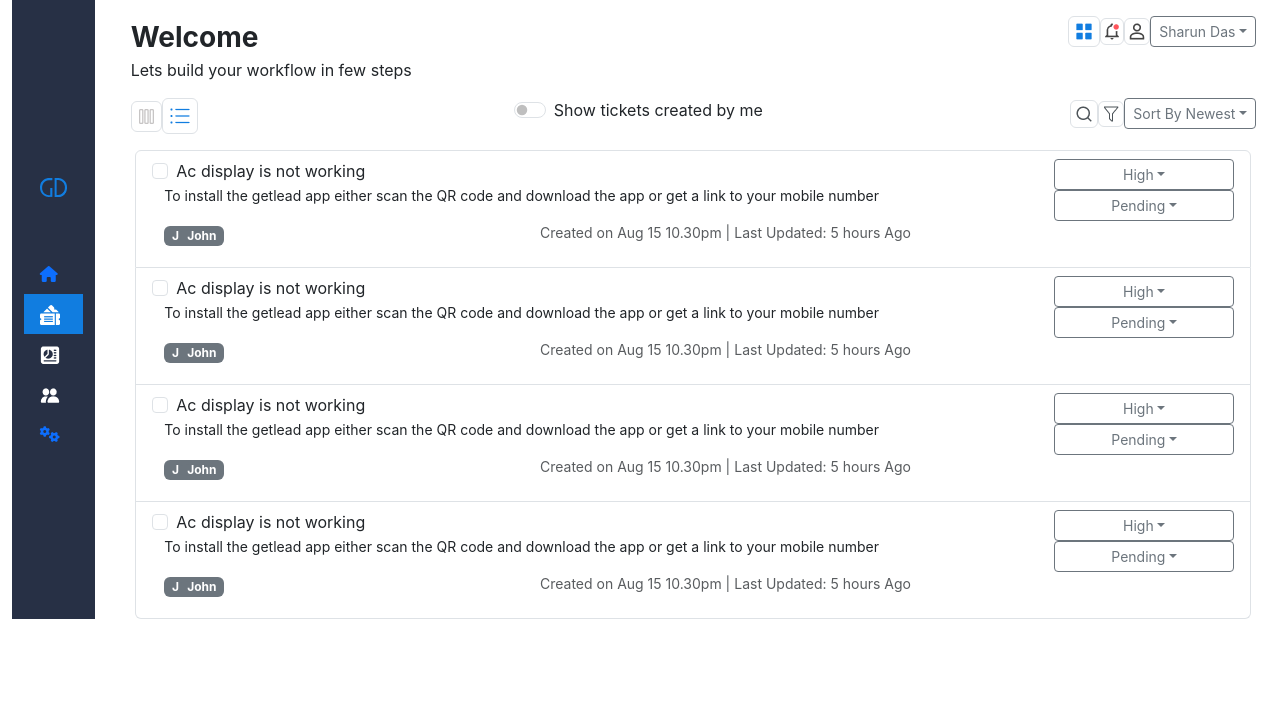
Repository: rishikarajeev/GL_HelpDesk
Page: /showtickets
The author's editor kept a copy of each file at every save. The page is drawn from the files as they stood at one save, then again after a run of saves.
The browser window is 1280 px wide. The pictures show the whole page.
The project was rebuilt for these pictures with package versions that can differ from the ones it lists, and the page was loaded fresh each time. Also part of the build but not shown: src/App.css, src/Pages/HomePage.jsx.

Above is the page before, as saved 2024-01-09 14:26:32.

### public/index.html
<!DOCTYPE html>
<html lang="en">
  <head>
    <meta charset="utf-8" />
    <link rel="icon" href="%PUBLIC_URL%/favicon.ico" />
    <meta name="viewport" content="width=device-width, initial-scale=1" />
    <meta name="theme-color" content="#000000" />
    <meta
      name="description"
      content="Web site created using create-react-app"
    />
    <link rel="apple-touch-icon" href="%PUBLIC_URL%/logo192.png" />
    <link href="https://cdn.jsdelivr.net/npm/bootstrap@5.3.2/dist/css/bootstrap.min.css" rel="stylesheet" integrity="sha384-T3c6CoIi6uLrA9TneNEoa7RxnatzjcDSCmG1MXxSR1GAsXEV/Dwwykc2MPK8M2HN" crossorigin="anonymous">
   <script src="https://cdn.jsdelivr.net/npm/bootstrap@5.3.2/dist/js/bootstrap.bundle.min.js" integrity="sha384-C6RzsynM9kWDrMNeT87bh95OGNyZPhcTNXj1NW7RuBCsyN/o0jlpcV8Qyq46cDfL" crossorigin="anonymous"></script>

   <!--
      manifest.json provides metadata used when your web app is installed on a
      user's mobile device or desktop. See https://developers.google.com/web/fundamentals/web-app-manifest/
    -->
    <link rel="manifest" href="%PUBLIC_URL%/manifest.json" />
    <!--
      Notice the use of %PUBLIC_URL% in the tags above.
      It will be replaced with the URL of the `public` folder during the build.
      Only files inside the `public` folder can be referenced from the HTML.

      Unlike "/favicon.ico" or "favicon.ico", "%PUBLIC_URL%/favicon.ico" will
      work correctly both with client-side routing and a non-root public URL.
      Learn how to configure a non-root public URL by running `npm run build`.
    -->
    <title>React App</title>
  </head>
  <body>
    <noscript>You need to enable JavaScript to run this app.</noscript>
    <div id="root"></div>
    <!--
      This HTML file is a template.
      If you open it directly in the browser, you will see an empty page.

      You can add webfonts, meta tags, or analytics to this file.
      The build step will place the bundled scripts into the <body> tag.

      To begin the development, run `npm start` or `yarn start`.
      To create a production bundle, use `npm run build` or `yarn build`.
    -->
  </body>
</html>

### src/index.js
import React from "react";
import ReactDOM from "react-dom/client";
import "./index.css";
import App from "./App";
import reportWebVitals from "./reportWebVitals";


const root = ReactDOM.createRoot(document.getElementById("root"));
root.render(<App />);

// If you want to start measuring performance in your app, pass a function
// to log results (for example: reportWebVitals(console.log))
// or send to an analytics endpoint. Learn more: https://bit.ly/CRA-vitals
reportWebVitals();

### src/App.js
import logo from "./logo.svg";
import "./App.css";

import { BrowserRouter,Route,Routes } from "react-router-dom";
import ViewTickets from "./Pages/ViewTickets";
import HomePage from "./Pages/HomePage";
import SideBar from "./Components/SideBar";
import { Container, Row, Col } from "react-bootstrap";
import Header from "./Components/Header";


function App() {
  return (
    <BrowserRouter>
<Container fluid>
     <Row>
          <Col xl={1} >
            <SideBar />
            </Col>
            <Col xl={11}>
            <Header/>
            <Routes>
              <Route path="/" element={<HomePage />}></Route>
              <Route path="/showtickets" element={<ViewTickets />}></Route>
            </Routes>
            </Col>



         </Row>
       </Container>


    </BrowserRouter>
  );
}

export default App;

### src/Pages/ViewTickets.jsx
import React from "react";

import "../Assets/Css/Styles.css";
import UserBadge from "../Components/UserBadge";
import Header from "../Components/Header";

function ViewTickets() {
  const userName = "John";

  return (

    <div className="container bg-white">

    <ol className="list-group">
      <li className="list-group-item d-flex justify-content-between align-items-start">
        <div className="container">
          <div className="row">
            <div className="col-10">
              <div className="row">
                <div className="form-check">
                  <input
                    className="form-check-input"
                    type="checkbox"
                    value=""
                    id="flexCheckDefault"
                  />
                  <label className="form-check-label" htmlFor="flexCheckDefault">
                    Ac display is not working
                  </label>
                </div>
              </div>
              <div className="row">
                <p className="small text-wrap">
                  To install the getlead app either scan the QR code and
                  download the app or get a link to your mobile number
                </p>
              </div>
              <div className="row">
                <div className="col-5">
                  <UserBadge name={userName} />
                </div>
                <div className="col-7 float-right">
                  <p className="text-muted small">
                    Created on Aug 15 10.30pm | Last Updated: 5 hours Ago
                  </p>
                </div>
              </div>
            </div>
            <div className="col-2">
              <div className="row">
                <button
                  className="btn btn-outline-secondary btn-sm dropdown-toggle"
                  type="button"
                  data-bs-toggle="dropdown"
                  aria-expanded="false"
                >
                  High
                </button>

                <button
                  className="btn btn-outline-secondary btn-sm dropdown-toggle"
                  type="button"
                  data-bs-toggle="dropdown"
                  aria-expanded="false"
                >
                  Pending
                </button>
              </div>
            </div>
          </div>
        </div>
      </li>
      <li className="list-group-item d-flex justify-content-between align-items-start">
        <div className="container">
          <div className="row">
            <div className="col-10">
              <div className="row">
                <div className="form-check">
                  <input
                    className="form-check-input"
                    type="checkbox"
                    value=""
                    id="flexCheckDefault"
                  />
                  <label className="form-check-label" htmlFor="flexCheckDefault">
                    Ac display is not working
                  </label>
                </div>
              </div>
              <div className="row">
                <p className="small text-wrap">
                  To install the getlead app either scan the QR code and
                  download the app or get a link to your mobile number
                </p>
              </div>
              <div className="row">
                <div className="col-5">
                  <UserBadge name={userName} />
                </div>
                <div className="col-7 float-right">
                  <p className="text-muted small">
                    Created on Aug 15 10.30pm | Last Updated: 5 hours Ago
                  </p>
                </div>
              </div>
            </div>
            <div className="col-2">
              <div className="row">
                <button
                  className="btn btn-outline-secondary btn-sm dropdown-toggle"
                  type="button"
                  data-bs-toggle="dropdown"
                  aria-expanded="false"
                >
                  High
                </button>

                <button
                  className="btn btn-outline-secondary btn-sm dropdown-toggle"
                  type="button"
                  data-bs-toggle="dropdown"
                  aria-expanded="false"
                >
                  Pending
                </button>
              </div>
            </div>
          </div>
        </div>
      </li>
      <li className="list-group-item d-flex justify-content-between align-items-start">
        <div className="container">
          <div className="row">
            <div className="col-10">
              <div className="row">
                <div className="form-check">
                  <input
                    className="form-check-input"
                    type="checkbox"
                    value=""
                    id="flexCheckDefault"
                  />
                  <label className="form-check-label" htmlFor="flexCheckDefault">
                    Ac display is not working
                  </label>
                </div>
              </div>
              <div className="row">
                <p className="small text-wrap">
                  To install the getlead app either scan the QR code and
                  download the app or get a link to your mobile number
                </p>
              </div>
              <div className="row">
                <div className="col-5">
                  <UserBadge name={userName} />
                </div>
                <div className="col-7 float-right">
                  <p className="text-muted small">
                    Created on Aug 15 10.30pm | Last Updated: 5 hours Ago
                  </p>
                </div>
              </div>
            </div>
            <div className="col-2">
              <div className="row">
                <button
                  className="btn btn-outline-secondary btn-sm dropdown-toggle"
                  type="button"
                  data-bs-toggle="dropdown"
                  aria-expanded="false"
                >
                  High
                </button>

                <button
                  className="btn btn-outline-secondary btn-sm dropdown-toggle"
                  type="button"
                  data-bs-toggle="dropdown"
                  aria-expanded="false"
                >
                  Pending
                </button>
              </div>
            </div>
          </div>
        </div>
      </li>
      <li className="list-group-item d-flex justify-content-between align-items-start">
        <div className="container">
          <div className="row">
            <div className="col-10">
              <div className="row">
                <div className="form-check">
                  <input
                    className="form-check-input"
                    type="checkbox"
                    value=""
                    id="flexCheckDefault"
                  />
                  <label className="form-check-label" htmlFor="flexCheckDefault">
                    Ac display is not working
                  </label>
                </div>
              </div>
              <div className="row">
                <p className="small text-wrap">
                  To install the getlead app either scan the QR code and
                  download the app or get a link to your mobile number
                </p>
              </div>
              <div className="row">
                <div className="col-5">
                  <UserBadge name={userName} />
                </div>
                <div className="col-7 float-right">
                  <p className="text-muted small">
                    Created on Aug 15 10.30pm | Last Updated: 5 hours Ago
                  </p>
                </div>
              </div>
            </div>
            <div className="col-2">
              <div className="row">
                <button
                  className="btn btn-outline-secondary btn-sm dropdown-toggle"
                  type="button"
                  data-bs-toggle="dropdown"
                  aria-expanded="false"
                >
                  High
                </button>

                <button
                  className="btn btn-outline-secondary btn-sm dropdown-toggle"
                  type="button"
                  data-bs-toggle="dropdown"
                  aria-expanded="false"
                >
                  Pending
                </button>
              </div>
            </div>
          </div>
        </div>
      </li>
    </ol>
  </div>

  );
}

export default ViewTickets;

### src/Components/SideBar.jsx
import React from "react";

import "@fortawesome/fontawesome-free/css/all.min.css";
import ticketIcon from "../Assets//Images/Layer_1.png";
import logo from "../Assets//Images/logo.png";
import profile from "../Assets//Images/profile_icon.png";
import filemanagr from "../Assets//Images/Frame.png";
import "../Assets/Css/Styles.css";

function SideBar() {
  return (
    <nav class="navbar navbar-expand-lg navbar-dark sideBg  d-flex flex-column h-100 ">
      <button
        class="navbar-toggler"
        type="button"
        data-toggle="collapse"
        data-target="#sidebar"
        aria-controls="sidebar"
        aria-expanded="false"
        aria-label="Toggle navigation"
      >
        <span class="navbar-toggler-icon"></span>
      </button>

      <div class="collapse navbar-collapse" id="sidebar">

        <ul class="nav  flex-column " >
        <li class="nav-item mb-5 ">
            <a class="nav-link active" href="/">
            <img src={logo} alt="Home Icon" className="icon" />
            </a>
          </li>
          <li class="nav-item">
            <a class="nav-link active" href="/">
              <i class="fas fa-home"></i>
            </a>
          </li>
          <li class="nav-item  selectedColor">
            <a className="nav-link active" href="/showtickets">
              <img src={ticketIcon} alt="Home Icon" className="icon" />
            </a>
          </li>
          <li class="nav-item  ">
            <a className="nav-link active" href="#">
              <img src={filemanagr} alt="Home Icon" className="icon" />
            </a>
          </li>
          <li class="nav-item  ">
            <a className="nav-link active" href="#">
              <img src={profile} alt="Home Icon" className="icon" />
            </a>
          </li>
          <li class="nav-item">
            <a class="nav-link" href="#">
              <i class="fas fa-cogs"></i>
            </a>
          </li>

        </ul>
      </div>
    </nav>
  );
}

export default SideBar;

### src/Components/Header.jsx
import React from "react";
import column_icon from "../Assets/Images/fluent_column-triple-20-regular.png";
import list_icon from "../Assets/Images/ph_list-bullets-light.png";
import search_icon from "../Assets/Images/ri_search-line.png";
import menu_icon from "../Assets/Images/ep_menu.png";
import filter_icon from "../Assets/Images/cil_filter.png";
import notificatn_icon from "../Assets/Images/Group 10.png";
import user_icon from "../Assets/Images/ooui_user-avatar-outline.png";
import { Container, Row, Col, Navbar, Nav } from "react-bootstrap";

function Header() {
  return (
    <Container fluid>
      <Row className=" justify-content-end mt-3 mb-3" >
        <Col sm={8}>
          <Row>
            <a class="navbar-brand fs-3 fw-bolder" href="#">
              Welcome{" "}
            </a>
          </Row>
          <Row>
            <span>Lets build your workflow in few steps</span>
          </Row>
        </Col>

        <Col sm={4}  className="text-end">
          <img src={menu_icon} alt="Local Icon" className="img-thumbnail" />
          <img
            src={notificatn_icon}
            alt="Local Icon"
            className="img-thumbnail"
          />
          <img src={user_icon} alt="Local Icon" className="img-thumbnail" />
          <button
            class="btn btn-outline-secondary btn-sm dropdown-toggle "
            type="button"
            data-bs-toggle="dropdown"
            aria-expanded="false"
          >
            Sharun Das
          </button>
        </Col>
      </Row>

      <Row className=" mt-3 mb-3">
        <Col>
          <img src={column_icon} alt="Local Icon" className="img-thumbnail" />

          <img src={list_icon} className="img-thumbnail" />
        </Col>
        <Col>
          <div class="form-check form-switch">
            <label class="form-check-label" for="flexSwitchCheckDefault">
              Show tickets created by me
            </label>

            <input
              class="form-check-input"
              type="checkbox"
              role="switch"
              id="flexSwitchCheckDefault"
            />
          </div>
        </Col>
        <Col className="text-end">
          <img src={search_icon} alt="Local Icon" className="img-thumbnail" />
          <img src={filter_icon} alt="Local Icon" className="img-thumbnail" />
          <button
            class="btn btn-outline-secondary btn-sm dropdown-toggle "
            type="button"
            data-bs-toggle="dropdown"
            aria-expanded="false"
          >
            Sort By Newest
          </button>
        </Col>
      </Row>
    </Container>
  );
}

export default Header;

### src/Assets/Css/Styles.css
.sideBg{
    background-color:  #273045;
    padding: 3;
}
.selectedColor{
    background-color:  #117DE0;

}
.bgColor{
    background-color:  #EFEFEF;

}
.fluent-column-triple {
  height: 21px;
  position: relative;
  width: 21px;
}

.fluent-column-triple .vector {
  height: 15px;
  left: 3px;
  position: absolute;
  top: 3px;
  width: 15px;
}
.ri-search-line {
    height: 18px;
    position: relative;
    width: 18px;
  }

  .ri-search-line .vector {
    height: 15px;
    left: 2px;
    position: absolute;
    top: 2px;
    width: 15px;
  }

  .circle-icon {
    width: 40px;
    height: 40px;
    border-radius: 50%;
    background-color: #007BFF; /* Choose your desired background color */
    display: flex;
    align-items: center;
    justify-content: center;
    color: #fff; /* Choose your desired text color */
  }

### src/Components/UserBadge.jsx
// UserBadge.js
import React from 'react';
import { Badge } from 'react-bootstrap';
import "../Assets/Css/Styles.css"



const UserBadge = ({ name }) => {
  const initials = name
    .split(' ')
    .map((word) => word[0])
    .join('');

  return (
    <div>
      <Badge bg="secondary">
      <div className="rounded-circle bg-secondary text-white d-flex align-items-center justify-content-center">

        <div className="circle_icon"> <span >{initials} </span> </div>
        <span className="ms-2">{name}</span>
        </div>
      </Badge>


    </div>
  );
};

export default UserBadge;

Loaded but not shown: src/index.css (common file); src/reportWebVitals.js (common file)

After the next 2 saves:
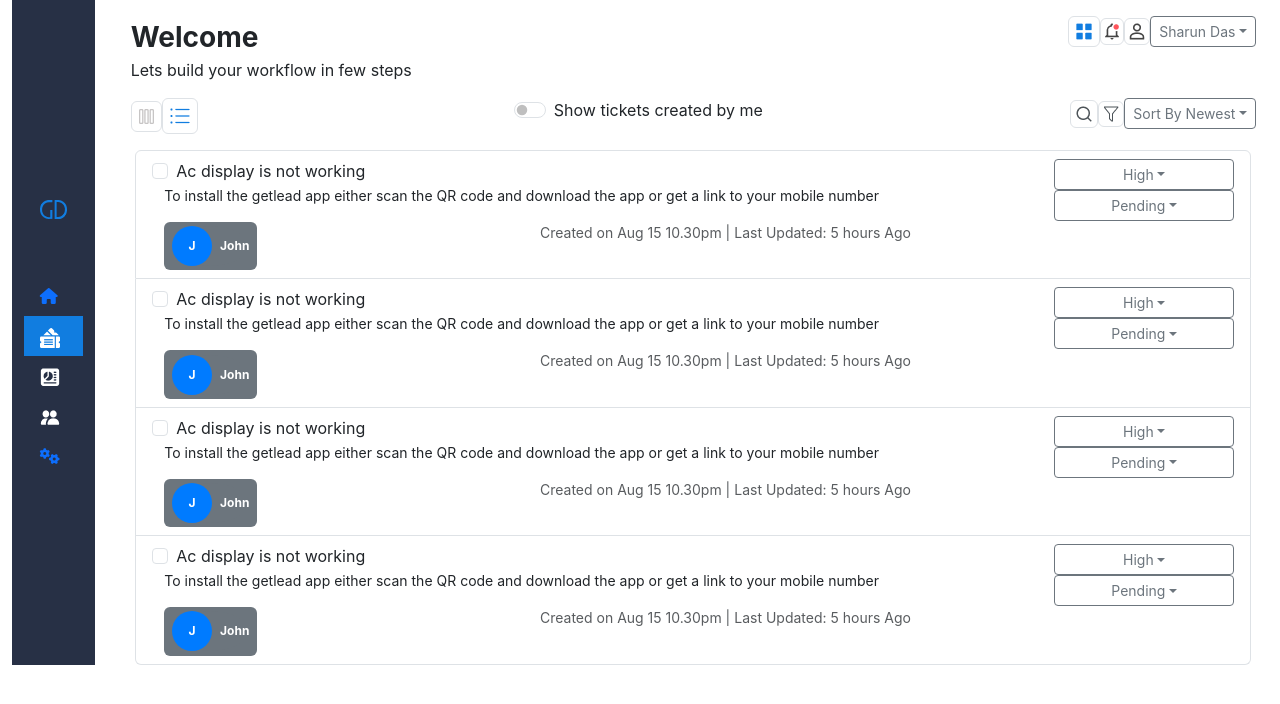
The 2 saves are shown as one change because they came seconds apart.
The last was saved 15 s later.
--- a/src/Components/UserBadge.jsx
+++ b/src/Components/UserBadge.jsx
@@ -16,7 +16,7 @@ const UserBadge = ({ name }) => {
       <Badge bg="secondary">
       <div className="rounded-circle bg-secondary text-white d-flex align-items-center justify-content-center">
 
-        <div className="circle_icon"> <span >{initials} </span> </div>
+        <div className="circle-icon"> <span >{initials} </span> </div>
         <span className="ms-2">{name}</span>
         </div>
       </Badge>
